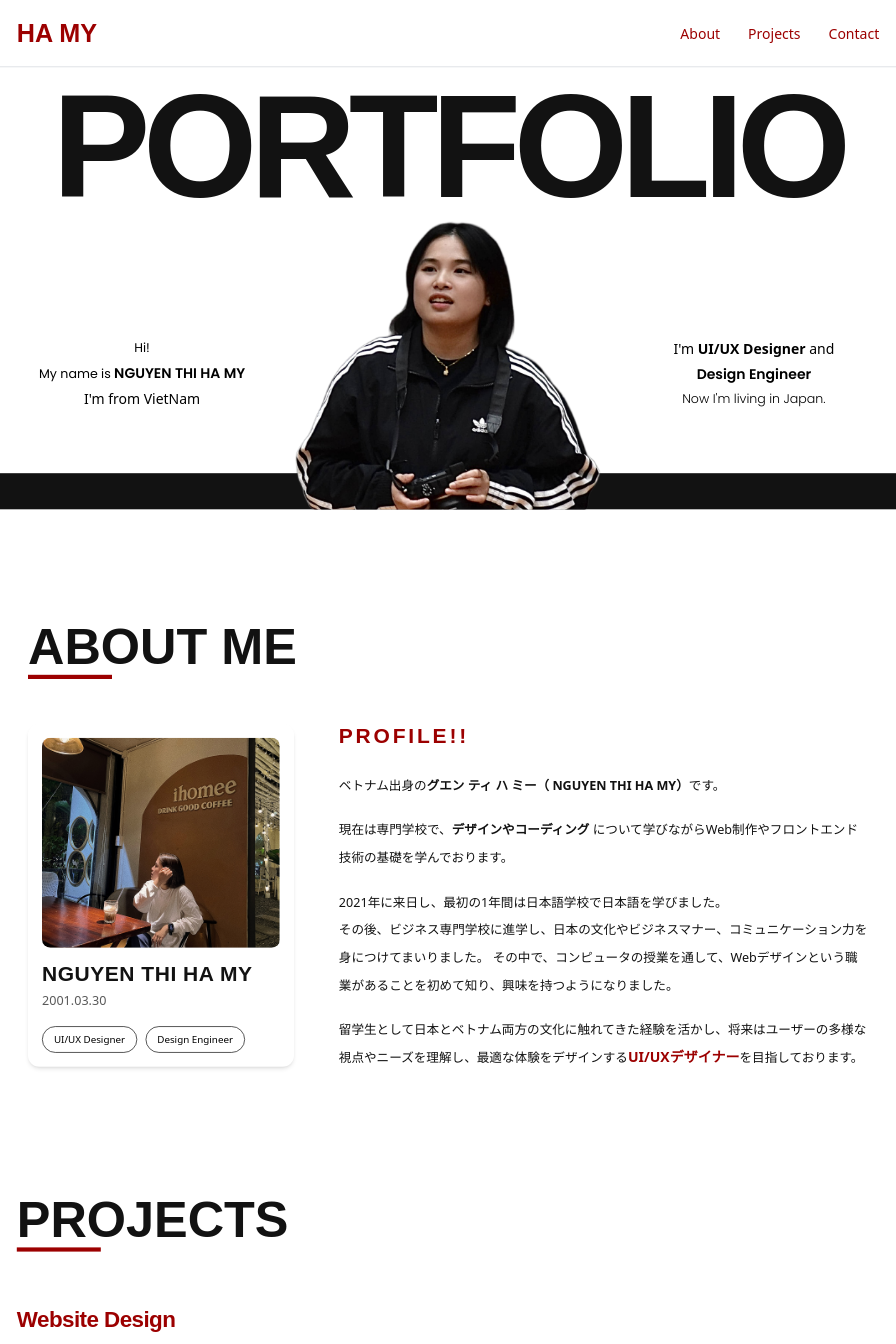
Repository: meme2603/Portfolio-HaMy
Page: / (app in my-portfolio/)
These files come from the project's save history. The page is drawn as it stood at one moment and after the next save; the edit follows.
The browser window is 1280 px wide. The pictures show the part of the page from y = 0 to 1920 px (the page is 6718 px tall before and 720 px after), at 70% of full size.
Some web fonts or font styles are not loaded; a fallback is used. The project was rebuilt for these pictures with package versions that can differ from the ones it lists, and the page was loaded fresh each time. Also part of the build but not shown: my-portfolio/vite.config.js.

Above is the page before, as saved 2026-05-29 14:39:03.

After the next save:
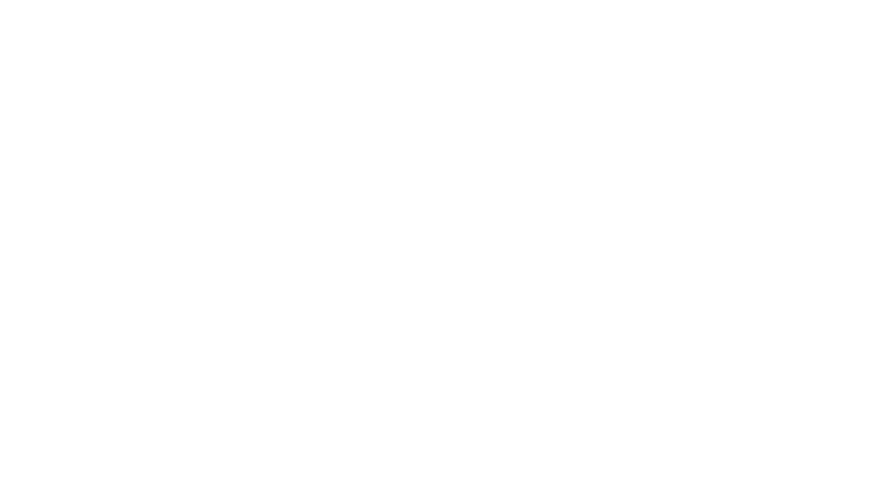
Console error: ReferenceError: FaFacebook is not defined
Saved 15 s later.
--- a/my-portfolio/src/components/Contact.jsx
+++ b/my-portfolio/src/components/Contact.jsx
@@ -1,4 +1,4 @@
-import { FaFacebook, FaInstagram, FaGithub } from "react-icons/fa";
+// import { FaFacebook, FaInstagram, FaGithub } from "react-icons/fa";
 
 function Contact() {
   return (

After the save that followed:
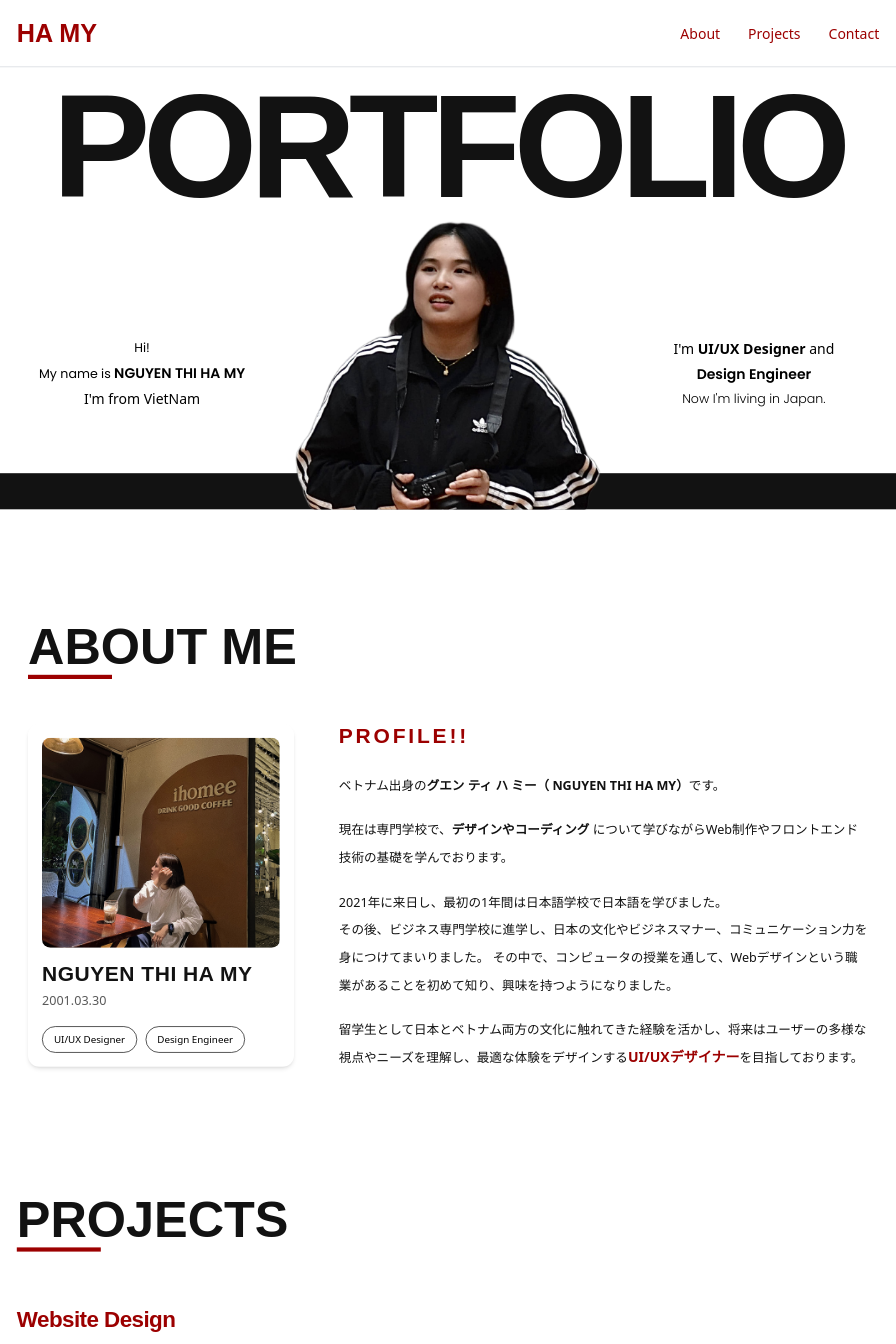
The error is gone.
Saved 5 s later.
--- a/my-portfolio/src/components/Contact.jsx
+++ b/my-portfolio/src/components/Contact.jsx
@@ -1,4 +1,4 @@
-// import { FaFacebook, FaInstagram, FaGithub } from "react-icons/fa";
+import { FaFacebook, FaInstagram, FaGithub } from "react-icons/fa";
 
 function Contact() {
   return (
